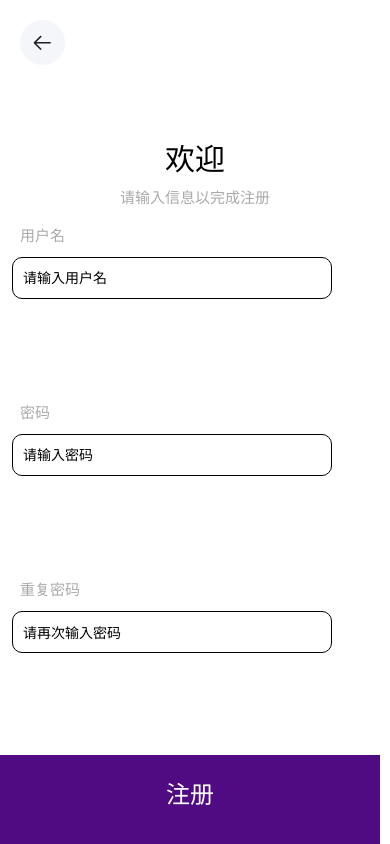
Repository: eyebone/barManager
Screen: /sign
These files come from the project's save history. The screen is drawn as it stood at one moment and after the next save; the edit follows.
The app was drawn by React Native's web renderer in a window 390 px wide. The project was rebuilt for these pictures with package versions that can differ from the ones it lists, and the page was loaded fresh each time. Also part of the build but not shown: components/EmojiPicker.js, components/Button.js, components/ImageViewer.js, components/circleButton.js, components/IconButton.js, view/ViewOne.js, view/Main.js.

Above is the screen before, as saved 2023-06-26 16:23:08.

### App.js
// In App.js in a new project

import * as React from "react";
import { Button, View, Text, StyleSheet, Pressable, Alert } from "react-native";
// import React-native from 'react-native';
import { NavigationContainer } from "@react-navigation/native";
import { createNativeStackNavigator } from "@react-navigation/native-stack";
import { ViewOne } from "./view/ViewOne";
import { SignView } from "./view/Sign";
import { LinearGradient } from "expo-linear-gradient";
import FontAwesome from "react-native-vector-icons/FontAwesome";
import { MainView } from "./view/Main";

function HomeScreen({ navigation }) {
  return (
    <View style={styles.container}>
      <LinearGradient
        start={{ x: 0, y: 0 }}
        end={{ x: 1, y: 1 }}
        colors={["#5c0b82", "#480965", "#190641", "#070320", "#000000"]}
        style={styles.linearGradient}
      >
        <Text>Home Screen</Text>
        <Pressable
          style={(styles.button, { backgroundColor: "#faf2de" })}
          onPress={() => navigation.push("test")}
        >
          <FontAwesome name="home" size={26} style={{ paddingRight: 8 }} />
          <Text>go to detail</Text>
        </Pressable>

        <Button
          title="Go to Sign"
          onPress={() => navigation.navigate("sign")}
        />
        <Text style={styles.buttonText}>Sign in with Facebook</Text>
      </LinearGradient>
    </View>
  );
}

const Stack = createNativeStackNavigator();

function App() {
  return (
    <NavigationContainer style={styles.container}>
      <Stack.Navigator initialRouteName="Home">
        <Stack.Screen
          name="Home"
          component={HomeScreen}
          // options={{ title: "Overview", backgroundColor: "transparent" }}
          options={{ headerShown: false }}
        />
        <Stack.Screen name="test" component={ViewOne} />
        <Stack.Screen name="sign" component={SignView}
          options={{ headerShown: false }}
        />
        <Stack.Screen name="Main" component={MainView} />
      </Stack.Navigator>
    </NavigationContainer>
  );
}

export default App;

const styles = StyleSheet.create({
  container: {
    flex: 1,
    flexDirection: "column",
    backgroundColor: "#000000",
    //    alignItems: 'center',
  },
  linearGradient: {
    height: 740,
  },
  button: {
    borderRadius: 10,
    width: 300,
    height: 30,
    alignItems: "center",
    justifyContent: "center",
    flexDirection: "row",
  },
});

### view/Sign.js
//这是注册界面

import { StatusBar } from "expo-status-bar";
import { StyleSheet, View, Text } from "react-native";
import Button from "../components/Button";
import ImageViewer from "../components/ImageViewer";
import * as ImagePicker from "expo-image-picker";
import { useState } from "react";
const PlaceholderImage = require("../assets/images/background-image.png");
import * as React from "react";
import {
  FlatList,
  Image,
  Platform,
  Pressable,
  PixelRatio,
  TextInput,
  Alert,
} from "react-native";
import { NavigationContainer } from "@react-navigation/native";
import { createNativeStackNavigator } from "@react-navigation/native-stack";

//import {Text } from 'react-native';

const createTwoButtonAlert = () =>
  Alert.alert("提示：", "您已注册成功！", [
    { text: "OK", onPress: () => console.log("OK Pressed") },
  ]);

export function SignView({ navigation }) {
  const [value, onChangeText] = React.useState("");

  return (
    <View style={styles.container}>
      <Pressable onPress={() => navigation.push("Home")}>
        <Image
          source={require("../assets/bar/Back.png")}
          style={{ marginLeft: 20 , marginTop: 20}}
        />
      </Pressable>

      <View style={styles.welcomeContainer}>
        <Text style={styles.welcomeText} numberOfLines={1}>
          欢迎
        </Text>
        <Text style={styles.infoText}>请输入信息以完成注册</Text>
      </View>
      <View style={styles.inputBar}>
        <Text style={styles.smallText}>用户名</Text>
        <TextInput
          maxLength={40}
          onChangeText={(text) => onChangeText(text)}
          value={value}
          style={styles.input}
          placeholder="请输入用户名"
        />
      </View>
      <View style={styles.inputBar}>
        <Text style={styles.smallText}>密码</Text>
        <TextInput style={styles.input} placeholder="请输入密码" />
      </View>
      <View style={styles.inputBar}>
        <Text editable style={styles.smallText}>
          重复密码
        </Text>
        <TextInput
          style={styles.input}
          placeholder="请再次输入密码"
          //          onChangeText={onChange}
        />
      </View>
      {/* <View style={styles.footerContainer}>
        <Text style={styles.regText}>注册</Text>
      </View> */}
      <Pressable
        style={styles.footerContainer}
        onPress={() => {
          navigation.push("Main");
          createTwoButtonAlert();
        }}
      >
        <Text style={styles.regText}>注册</Text>
      </Pressable>
    </View>
  );
}

const styles = StyleSheet.create({
  container: {
    flex: 1,
    flexDirection: "column",
    backgroundColor: "#fff",
    //    alignItems: 'center',
  },
  welcomeContainer: {
    flex: 1,
    backgroundColor: "#fff",
    alignItems: "center",
    marginTop: 70,
    height: 60,
  },
  welcomeText: {
    fontSize: PixelRatio.getFontScale() * 30,
    //    fontFamily: STKaiti,
  },
  infoText: {
    color: "#aaa",
    fontSize: PixelRatio.getFontScale() * 15,
    lineHeight: 38,
  },
  imageContainer: {
    flex: 1,
    paddingTop: 58,
  },
  smallText: {
    fontSize: PixelRatio.getFontScale() * 15,
    color: "#aaa",
    marginLeft: 20,
  },
  footerContainer: {
    flex: 1,
    alignItems: "center",
    backgroundColor: "#500B82",
    width: 380,
    height: 57,
    bottom: 0,
    //      marginTop: 600,
    //      paddingTop: 737,
  },
  inputBar: {
    flex: 2,
    // borderBottomColor: "#000",
    // borderBottomWidth: 1,
  },
  regText: {
    fontSize: PixelRatio.getFontScale() * 24,
    color: "#fff",
    margin: 20,
  },
  input: {
    height: 42,
    margin: 12,
    borderWidth: 1,
    padding: 10,
    width: 320,
    borderRadius: 10,
  },
});

After the next save:
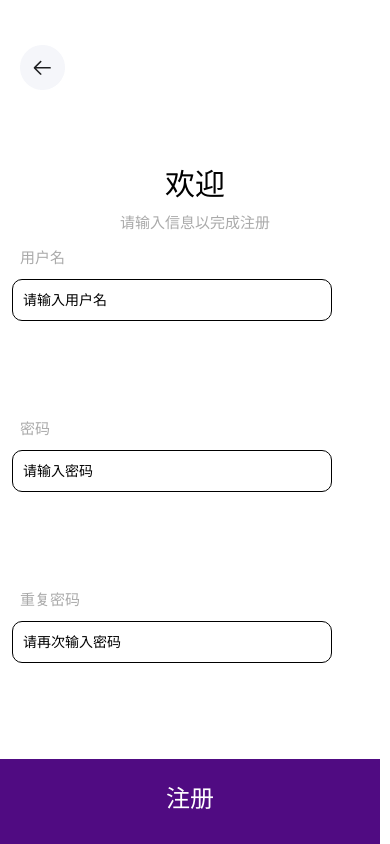
Saved 22 s later.
--- a/view/Sign.js
+++ b/view/Sign.js
@@ -35,7 +35,7 @@ export function SignView({ navigation }) {
       <Pressable onPress={() => navigation.push("Home")}>
         <Image
           source={require("../assets/bar/Back.png")}
-          style={{ marginLeft: 20 , marginTop: 20}}
+          style={{ marginLeft: 20, marginTop: 45 }}
         />
       </Pressable>
 
